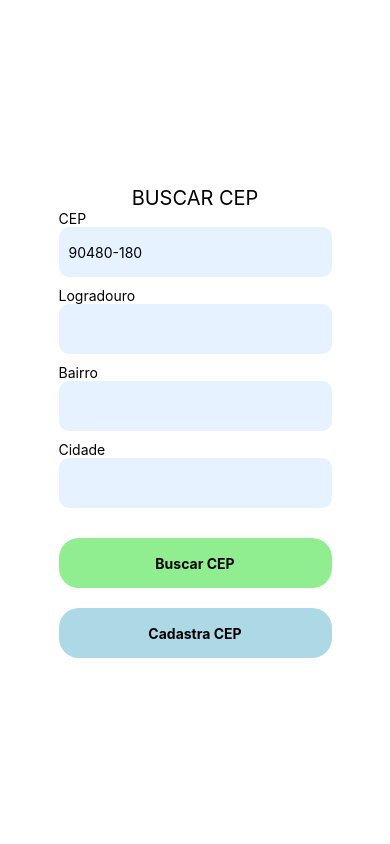
Repository: GustavoMSevero/registerCep
Page: /
These files come from the project's save history. The page is drawn as it stood at one moment and after the next save; the edit follows.
The browser window is 390 px wide. The pictures show the whole page.
The app was drawn by React Native's web renderer in a window 390 px wide. The project was rebuilt for these pictures with package versions that can differ from the ones it lists, and the page was loaded fresh each time.

Above is the page before, as saved 2024-09-16 14:11:21.

### App.js
import axios from 'axios';
import { StatusBar } from 'expo-status-bar';
import { useState } from 'react';
import { StyleSheet, Text, View, TextInput, TouchableOpacity } from 'react-native';

export default function App() {

  const [cep, setCep] = useState(null)
  const [logradouro, setLogradouro] = useState(null)
  const [bairro, setBairro] = useState(null)
  const [localidade, setLocalidade] = useState(null)
  const [uf, setUF] = useState(null)

  async function getCep() {
    let response = await fetch(`https://viacep.com.br/ws/${cep}/json/`);
    let body = await response.json();

    setLogradouro(body.logradouro);
    setBairro(body.bairro);
    setLocalidade(body.localidade);
    setUF(body.uf);
  }

  function registreCep() {
    let data = data.cep = cep;
    // console.log(cep)
    // console.log(logradouro)
    // console.log(bairro)
    // console.log(localidade)
    // console.log(uf)
    console.log(data);
  }

  return (
    <View style={styles.container}>
      <Text style={styles.title}>BUSCAR CEP</Text>
      <View style={styles.viewInput}>
        <Text>CEP</Text>
        <TextInput
          style={styles.input}
          keyboardType='number'
          placeholder='90480-180'
          onChangeText={(number) => setCep(number)}
          value={cep}
        />
      </View>
      <View style={styles.viewInput}>
        <Text>Logradouro</Text>
        <TextInput
          style={styles.input}
          value={logradouro}
        />
      </View>
      <View style={styles.viewInput}>
        <Text>Bairro</Text>
        <TextInput
          style={styles.input}
          value={bairro}
        />
      </View>
      <View style={styles.viewInput}>
        <Text>Cidade</Text>
        <TextInput
          style={styles.input}
          value={localidade}
        />
      </View>
        <TouchableOpacity
          style={styles.button}
          onPress={getCep}
        >
          <Text style={styles.textButton}>Buscar CEP</Text>
        </TouchableOpacity>
        <TouchableOpacity
          style={styles.buttonCadastra}
          onPress={registreCep}
        >
          <Text style={styles.textButtonCadastra}>Cadastra CEP</Text>
        </TouchableOpacity>
      <StatusBar style="auto" />
    </View>
  );
}

const styles = StyleSheet.create({
  title: {
    fontSize: 20,
  },
  container: {
    flex: 1,
    backgroundColor: '#fff',
    alignItems: 'center',
    justifyContent: 'center',
  },
  viewInput: {
    width: "70%",
  },
  input: {
    backgroundColor: "#e6f2ff",
    width: "100%",
    height: 50,
    marginBottom: 10,
    borderRadius: 10,
    paddingLeft: 10,
  },
  button: {
    marginTop: 20,
    marginBottom: 20,
    backgroundColor: "lightgreen",
    width: "70%",
    alignItems: "center",
    justifyContent: "center",
    height: 50,
    borderRadius: 20,
  },
  textButton: {
    fontWeight: "bold",
  },
  buttonCadastra: {
    backgroundColor: "lightblue",
    width: "70%",
    alignItems: "center",
    justifyContent: "center",
    height: 50,
    borderRadius: 20,
  },
  textButtonCadastra: {
    fontWeight: "bold",
  }
});

After the next save:
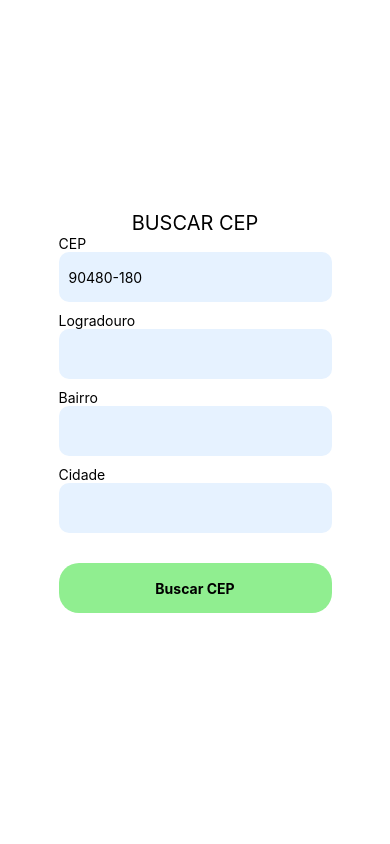
Saved 2 min 10 s later.
--- a/App.js
+++ b/App.js
@@ -19,16 +19,6 @@ export default function App() {
     setBairro(body.bairro);
     setLocalidade(body.localidade);
     setUF(body.uf);
-  }
-
-  function registreCep() {
-    let data = data.cep = cep;
-    // console.log(cep)
-    // console.log(logradouro)
-    // console.log(bairro)
-    // console.log(localidade)
-    // console.log(uf)
-    console.log(data);
   }
 
   return (
@@ -71,12 +61,12 @@ export default function App() {
         >
           <Text style={styles.textButton}>Buscar CEP</Text>
         </TouchableOpacity>
-        <TouchableOpacity
+        {/* <TouchableOpacity
           style={styles.buttonCadastra}
           onPress={registreCep}
         >
           <Text style={styles.textButtonCadastra}>Cadastra CEP</Text>
-        </TouchableOpacity>
+        </TouchableOpacity> */}
       <StatusBar style="auto" />
     </View>
   );
